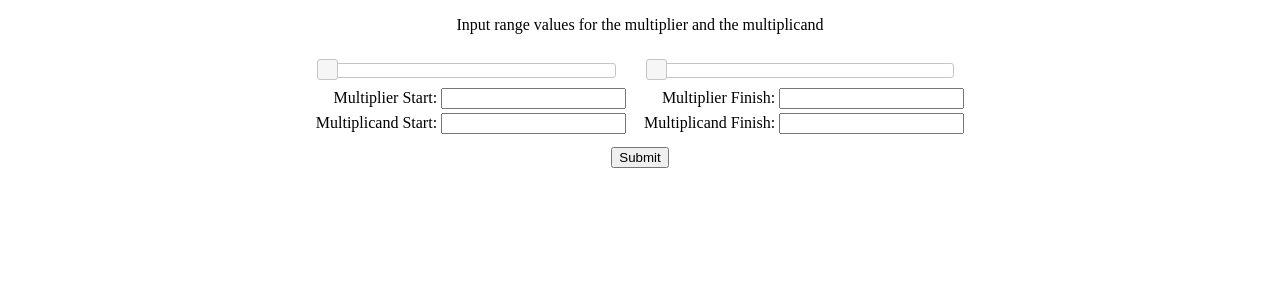
Repository: khrasna/HW4Part2
Page: index.html
These files come from the project's save history. The page is drawn as it stood at one moment and after the next save; the edit follows.
The browser window is 1280 px wide. The pictures show the whole page.
Some web libraries are served in a nearby version.

Above is the page before, as saved 2021-11-13 16:21:18.

After the next save:
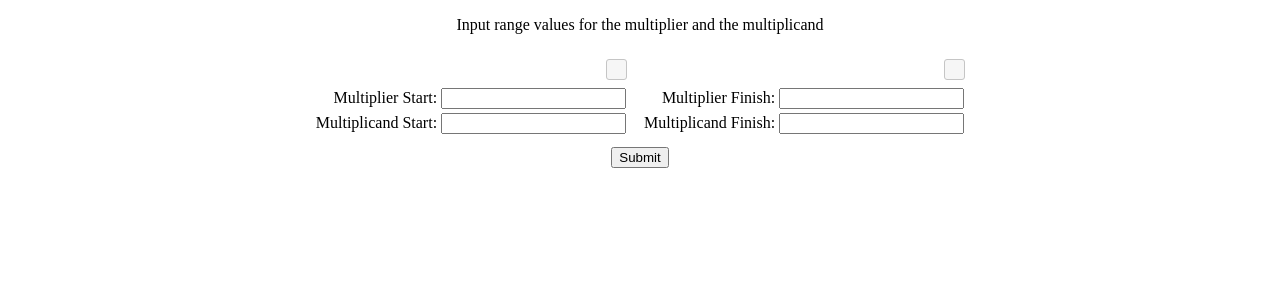
Saved 11 s later.
--- a/style.css
+++ b/style.css
@@ -8,7 +8,7 @@ body {
 #slider-1,
 #slider-2 {
     margin: 10px;
-    align-self: flex-end;
+    justify-self: right;
 }
 
 div#container {
